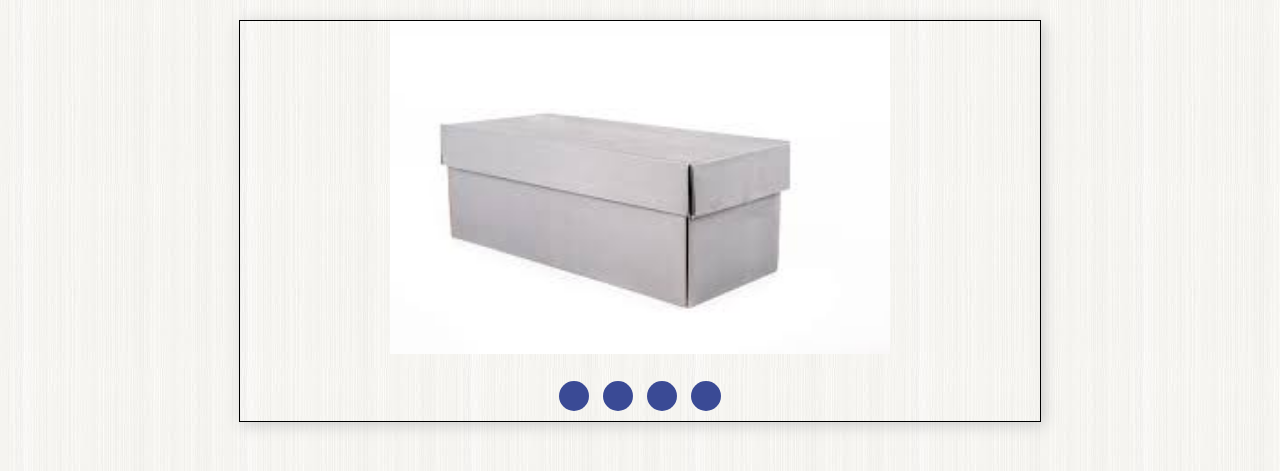
Repository: lauroPereira/study
Page: TrabalhoFinalWeb/modules/home/home.html
An editor plug-in stored every save of this project. The page is shown before and after the next save, followed by the edit.
The browser window is 1280 px wide. The pictures show the whole page.

Above is the page before, as saved 2016-06-14 05:07:33.

After the next save:
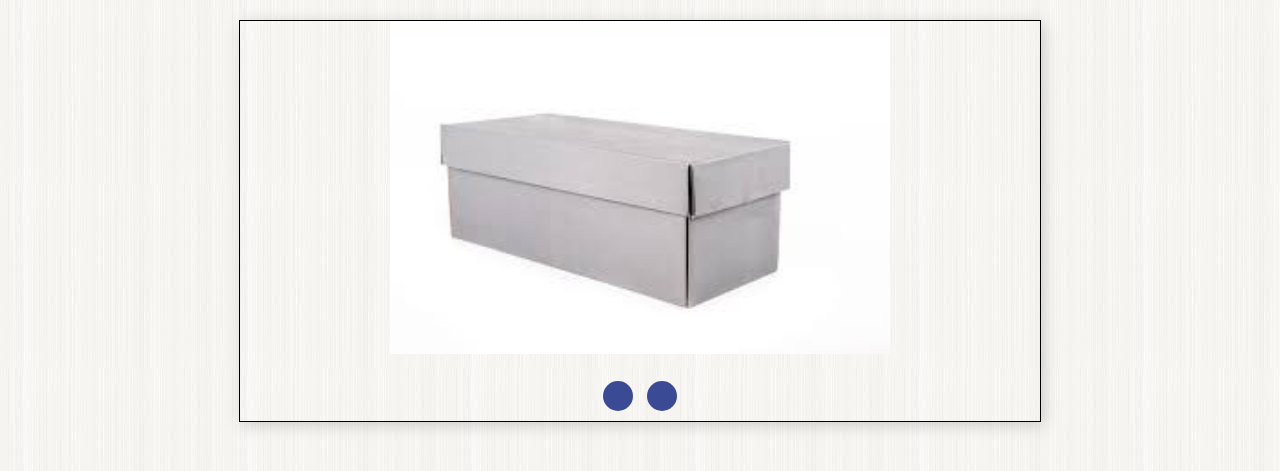
Saved 5 min 21 s later.
--- a/TrabalhoFinalWeb/modules/home/home.html
+++ b/TrabalhoFinalWeb/modules/home/home.html
@@ -15,8 +15,6 @@
 	<div id="carousel">
 		<div class="tag"></div>
 		<div class="tag"></div>
-		<div class="tag"></div>
-		<div class="tag"></div>
 	</div>
 </body>
 <script src="../../js/script.js" lang'="text/javascript"></script>
